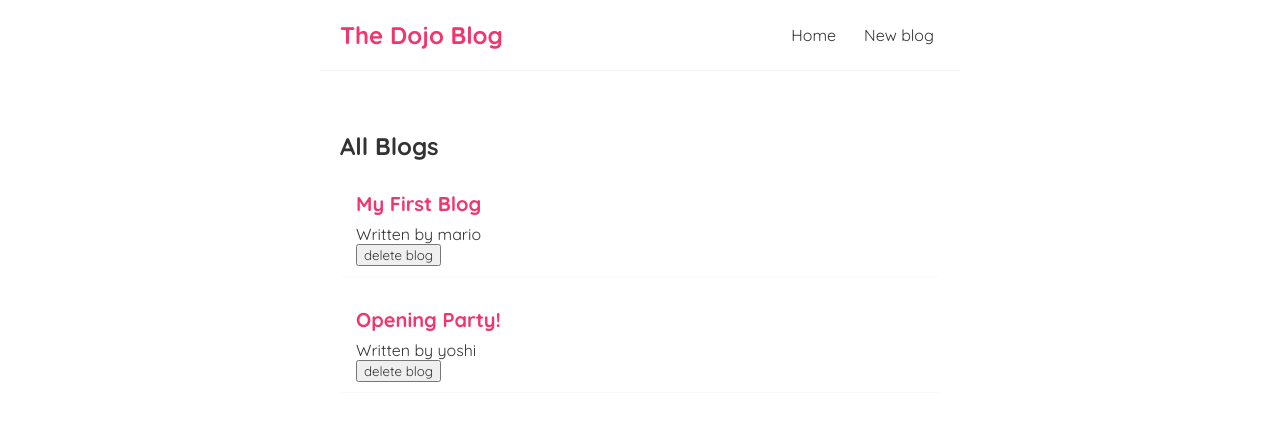
Repository: Samkiroko/full-reacr-ninja
Page: /
These files come from the project's save history. The page is drawn as it stood at one moment and after the next save; the edit follows.
The browser window is 1280 px wide. The pictures show the whole page.
The project was rebuilt for these pictures with package versions that can differ from the ones it lists, and the page was loaded fresh each time. Requests to the local data server were answered from the project's data file.

Above is the page before, as saved 2021-07-19 20:14:47.

### src/index.css
@import url('https://fonts.googleapis.com/css2?family=Quicksand:wght@300;400;500;600;700&display=swap');

/* base styles */

* {
    margin: 0;
    font-family: 'Quicksand';
    color: #333;
}

.navbar {
    padding: 20px;
    display: flex;
    align-items: center;
    max-width: 600px;
    margin: 0 auto;
    border-bottom: 1px solid #f2f2f2;
}

.navbar h1 {
    color: #f1356d;
}

.navbar .links {
    margin-left: auto;
}

.navbar a {
    margin-left: 16px;
    text-decoration: none;
    padding: 6px;
}

.navbar a:hover {
    color: #f1356d;
}

.content {
    max-width: 600px;
    margin: 40px auto;
    padding: 20px;
}


/* blog previews / list */

.blog-preview {
    padding: 10px 16px;
    margin: 20px 0;
    border-bottom: 1px solid #fafafa;
}

.blog-preview:hover {
    box-shadow: 1px 3px 5px rgba(0, 0, 0, 0.1);
}

.blog-preview h2 {
    font-size: 20px;
    color: #f1356d;
    margin-bottom: 8px;
}

### src/App.js
import Home from './Home'
import Navbar from './Navbar'

function App() {
  return (
    <div className='App'>
      <Navbar />
      <div className='content'>
        <Home />
      </div>
    </div>
  )
}

export default App

### src/Home.js
import { useState, useEffect } from 'react'
import BlogList from './BlogList'

const Home = () => {
  const [blogs, setBlogs] = useState(null)

  const handleDelete = (id) => {
    const newBlogs = blogs.filter((blog) => blog.id !== id)
    setBlogs(newBlogs)
  }

  useEffect(() => {
    fetch('http://localhost:8000/blogs')
      .then((res) => {
        return res.json()
      })
      .then((data) => {
        setBlogs(data)
      })
  }, [])

  return <div className='home'>{blogs && <BlogList blogs={blogs} title='All Blogs' handleDelete={handleDelete} />}</div>
}

export default Home

### src/Navbar.js
import React from 'react'

const Navbar = () => {
  return (
    <nav className='navbar'>
      <h1>The Dojo Blog</h1>
      <div className='links'>
        <a href='/'>Home</a>

        <a href='/create'>New blog</a>
      </div>
    </nav>
  )
}

export default Navbar

### src/BlogList.js
const BlogList = ({ blogs, title, handleDelete }) => {
  return (
    <div className='blog-list'>
      <h2>{title}</h2>
      {blogs.map((blog) => (
        <div className='blog-preview' key={blog.id}>
          <h2>{blog.title}</h2>
          <p>Written by {blog.author}</p>
          <button onClick={() => handleDelete(blog.id)}>delete blog</button>
        </div>
      ))}
    </div>
  )
}

export default BlogList

### data/db.json
{
    "blogs": [{
            "title": "My First Blog",
            "body": "Why do we use it?\nIt is a long established fact that a reader will be distracted by the readable content of a page when looking at its layout. The point of using Lorem Ipsum is that it has a more-or-less normal distribution of letters, as opposed to using 'Content here, content here', making it look like readable English. Many desktop publishing packages and web page editors now use Lorem Ipsum as their default model text, and a search for 'lorem ipsum' will uncover many web sites still in their infancy. Various versions have evolved over the years, sometimes by accident, sometimes on purpose (injected humour and the like).\n\n\nWhere does it come from?\nContrary to popular belief, Lorem Ipsum is not simply random text. It has roots in a piece of classical Latin literature from 45 BC, making it over 2000 years old. Richard McClintock, a Latin professor at Hampden-Sydney College in Virginia, looked up one of the more obscure Latin words, consectetur, from a Lorem Ipsum passage, and going through the cites of the word in classical literature, discovered the undoubtable source. Lorem Ipsum comes from sections 1.10.32 and 1.10.33 of \"de Finibus Bonorum et Malorum\" (The Extremes of Good and Evil) by Cicero, written in 45 BC. This book is a treatise on the theory of ethics, very popular during the Renaissance. The first line of Lorem Ipsum, \"Lorem ipsum dolor sit amet..\", comes from a line in section 1.10.32.\n\nThe standard chunk of Lorem Ipsum used since the 1500s is reproduced below for those interested. Sections 1.10.32 and 1.10.33 from \"de Finibus Bonorum et Malorum\" by Cicero are also reproduced in their exact original form, accompanied by English versions from the 1914 translation by H. Rackham.\n\nWhere can I get some?\nThere are many variations of passages of Lorem Ipsum available, but the majority have suffered alteration in some form, by injected humour, or randomised words which don't look even slightly believable. If you are going to use a passage of Lorem Ipsum, you need to be sure there isn't anything embarrassing hidden in the middle of text. All the Lorem Ipsum generators on the Internet tend to repeat predefined chunks as necessary, making this the first true generator on the Internet. It uses a dictionary of over 200 Latin words, combined with a handful of model sentence structures, to generate Lorem Ipsum which looks reasonable. The generated Lorem Ipsum is therefore always free from repetition, injected humour, or non-characteristic words etc.",
            "author": "mario",
            "id": 1
        },
        {
            "title": "Opening Party!",
            "body": "Why do we use it?\nIt is a long established fact that a reader will be distracted by the readable content of a page when looking at its layout. The point of using Lorem Ipsum is that it has a more-or-less normal distribution of letters, as opposed to using 'Content here, content here', making it look like readable English. Many desktop publishing packages and web page editors now use Lorem Ipsum as their default model text, and a search for 'lorem ipsum' will uncover many web sites still in their infancy. Various versions have evolved over the years, sometimes by accident, sometimes on purpose (injected humour and the like).\n\n\nWhere does it come from?\nContrary to popular belief, Lorem Ipsum is not simply random text. It has roots in a piece of classical Latin literature from 45 BC, making it over 2000 years old. Richard McClintock, a Latin professor at Hampden-Sydney College in Virginia, looked up one of the more obscure Latin words, consectetur, from a Lorem Ipsum passage, and going through the cites of the word in classical literature, discovered the undoubtable source. Lorem Ipsum comes from sections 1.10.32 and 1.10.33 of \"de Finibus Bonorum et Malorum\" (The Extremes of Good and Evil) by Cicero, written in 45 BC. This book is a treatise on the theory of ethics, very popular during the Renaissance. The first line of Lorem Ipsum, \"Lorem ipsum dolor sit amet..\", comes from a line in section 1.10.32.\n\nThe standard chunk of Lorem Ipsum used since the 1500s is reproduced below for those interested. Sections 1.10.32 and 1.10.33 from \"de Finibus Bonorum et Malorum\" by Cicero are also reproduced in their exact original form, accompanied by English versions from the 1914 translation by H. Rackham.\n\nWhere can I get some?\nThere are many variations of passages of Lorem Ipsum available, but the majority have suffered alteration in some form, by injected humour, or randomised words which don't look even slightly believable. If you are going to use a passage of Lorem Ipsum, you need to be sure there isn't anything embarrassing hidden in the middle of text. All the Lorem Ipsum generators on the Internet tend to repeat predefined chunks as necessary, making this the first true generator on the Internet. It uses a dictionary of over 200 Latin words, combined with a handful of model sentence structures, to generate Lorem Ipsum which looks reasonable. The generated Lorem Ipsum is therefore always free from repetition, injected humour, or non-characteristic words etc.",
            "author": "yoshi",
            "id": 2
        }
    ]
}

Loaded but not shown: public/index.html (common file); src/index.js (common file)

After the next save:
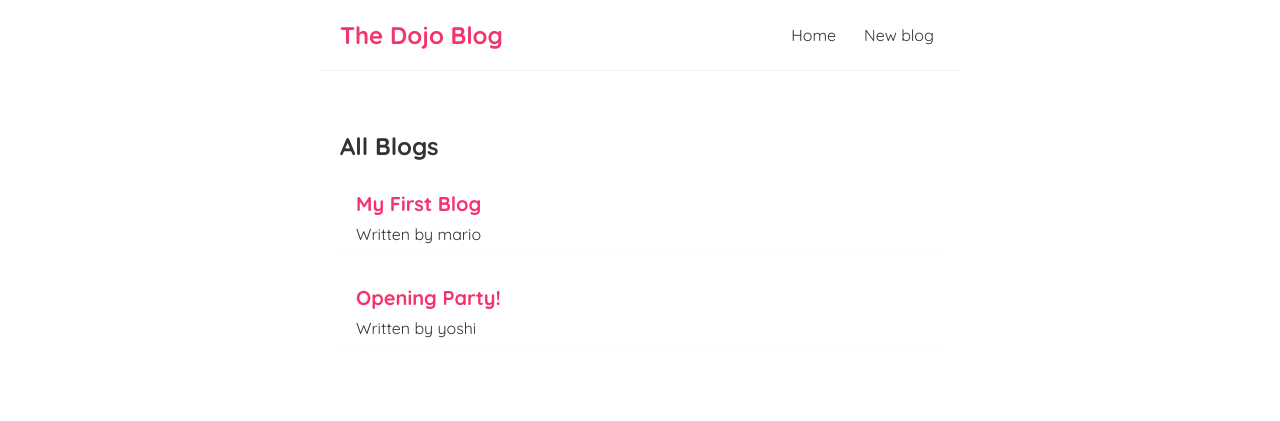
Saved 2 min 34 s later.
--- a/src/BlogList.js
+++ b/src/BlogList.js
@@ -1,4 +1,4 @@
-const BlogList = ({ blogs, title, handleDelete }) => {
+const BlogList = ({ blogs, title }) => {
   return (
     <div className='blog-list'>
       <h2>{title}</h2>
@@ -6,7 +6,6 @@ const BlogList = ({ blogs, title, handleDelete }) => {
         <div className='blog-preview' key={blog.id}>
           <h2>{blog.title}</h2>
           <p>Written by {blog.author}</p>
-          <button onClick={() => handleDelete(blog.id)}>delete blog</button>
         </div>
       ))}
     </div>
